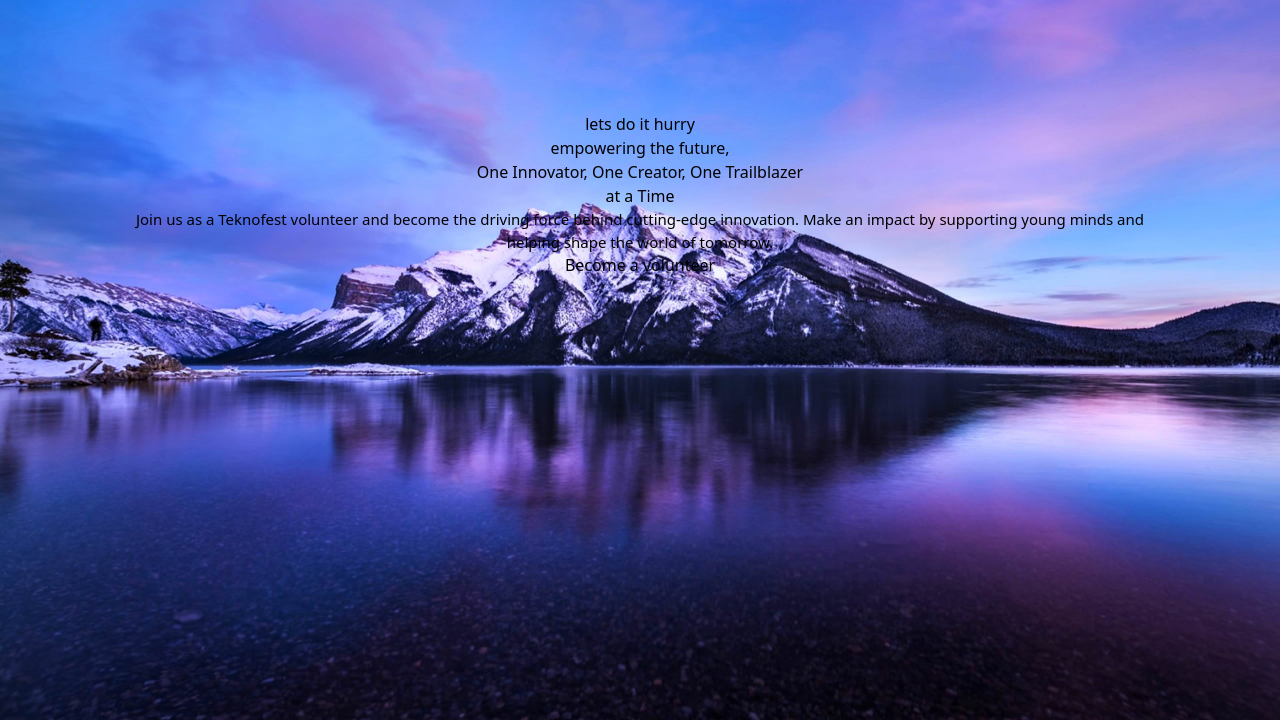
Repository: ManaheelJamil/TechnoFest-competetion
Page: /
The author's editor kept a copy of each file at every save. The page is drawn from the files as they stood at one save, then again after the next save.
The browser window is 1280 px wide. The pictures show the whole page.
The project was rebuilt for these pictures with package versions that can differ from the ones it lists, and the page was loaded fresh each time. The framework's server and built-in components were replaced by stand-ins that run in the browser. Also part of the build but not shown: next.config.mjs.

Above is the page before, as saved 2024-10-13 13:16:28.

### app/layout.js
import localFont from "next/font/local";
import "./globals.css";
const geistSans = localFont({
  src: "./fonts/GeistVF.woff",
  variable: "--font-geist-sans",
  weight: "100 900",
});
const geistMono = localFont({
  src: "./fonts/GeistMonoVF.woff",
  variable: "--font-geist-mono",
  weight: "100 900",
});

export const metadata = {
  title: "Create Next App",
  description: "Generated by create next app",
};

export default function RootLayout({ children }) {
  return (
    <html lang="en">
      <body
        className={`${geistSans.variable} ${geistMono.variable} antialiased`}
      >

        {children}

      </body>
    </html>
  );
}

### app/page.js
import Irtizatask from "./compoenent/irtizatask";
export default function Home() {
  return (
    <div>
      <Irtizatask/>
    </div>
  );
}

### app/globals.css
@tailwind base;
@tailwind components;
@tailwind utilities;
.banner{
    background-image: url('/taskimage.jpg');
    background-position: center;
    background-size: cover;
    background-repeat: no-repeat;
    width: 100%;
    height: 100vh;
}

### app/compoenent/irtizatask.js
import React from 'react'

const Irtizatask = () => {
  return (
    <div className='flex justify-center  w-full h-100vh banner' >

        <div className='flex flex-col justify-items-center text-w text-center items-center m-28'  >
        <p className=''>
            lets do it hurry
        </p>
        <p>
            empowering the future,
            <p>
            One Innovator, One Creator, One Trailblazer
            </p>
            at a Time
        </p>

            <p className='text-[15px]'>
            Join us as a Teknofest volunteer and become the driving force behind cutting-edge innovation. Make an impact by supporting young minds and helping shape the world of tomorrow.
            </p>
            <button>
                Become a volunteer
            </button>
            </div>

    </div>
  )
}

export default Irtizatask

Loaded but not shown: tailwind.config.js (common file)

After the next save:
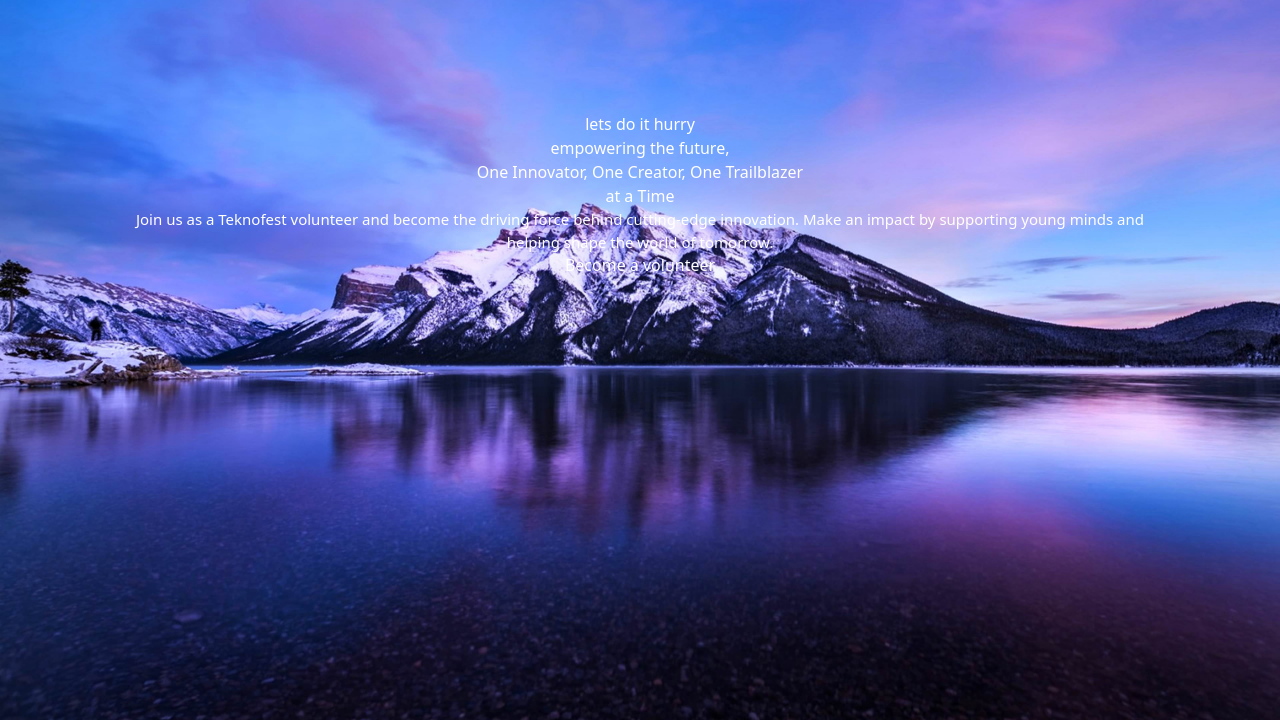
Saved 4 s later.
--- a/app/compoenent/irtizatask.js
+++ b/app/compoenent/irtizatask.js
@@ -4,7 +4,7 @@
   return (
     <div className='flex justify-center  w-full h-100vh banner' >
 
-        <div className='flex flex-col justify-items-center text-w text-center items-center m-28'  >
+        <div className='flex flex-col justify-items-center text-white text-center items-center m-28'  >
         <p className=''>
             lets do it hurry
         </p>

After the save that followed:
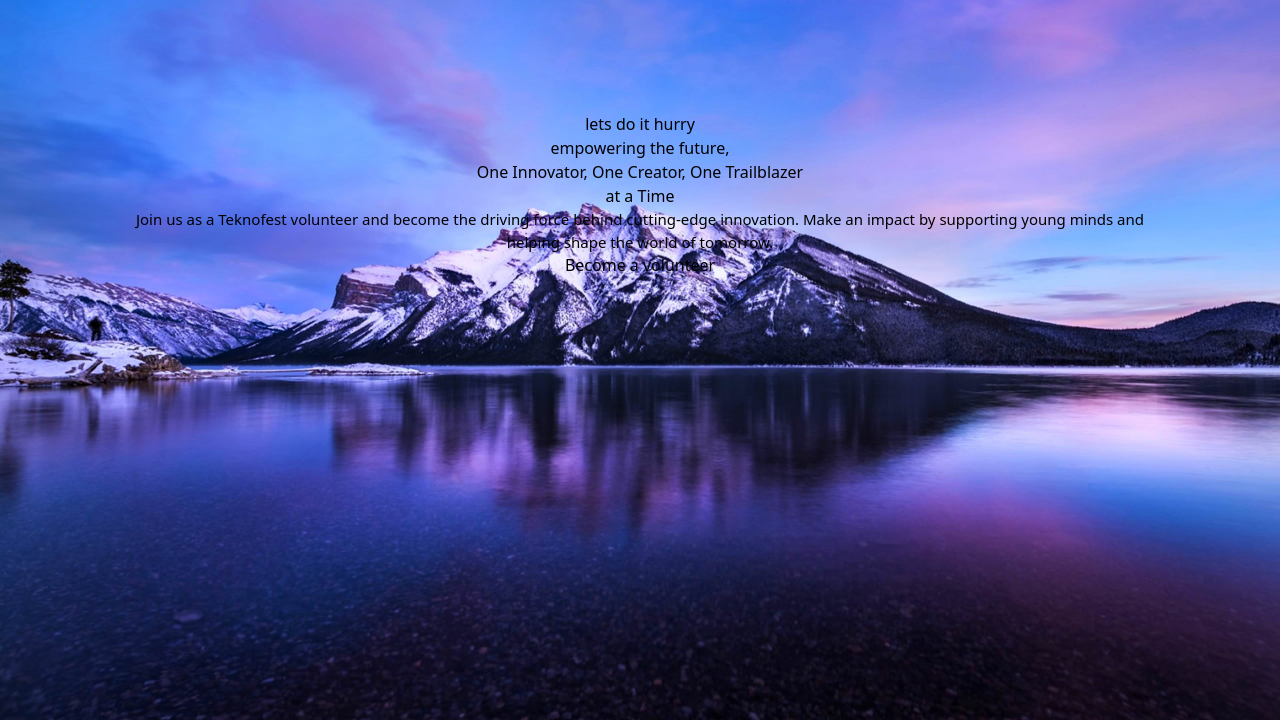
Saved 27 s later.
--- a/app/compoenent/irtizatask.js
+++ b/app/compoenent/irtizatask.js
@@ -4,7 +4,7 @@
   return (
     <div className='flex justify-center  w-full h-100vh banner' >
 
-        <div className='flex flex-col justify-items-center text-white text-center items-center m-28'  >
+        <div className='flex flex-col justify-items-center text- text-center items-center m-28'  >
         <p className=''>
             lets do it hurry
         </p>
